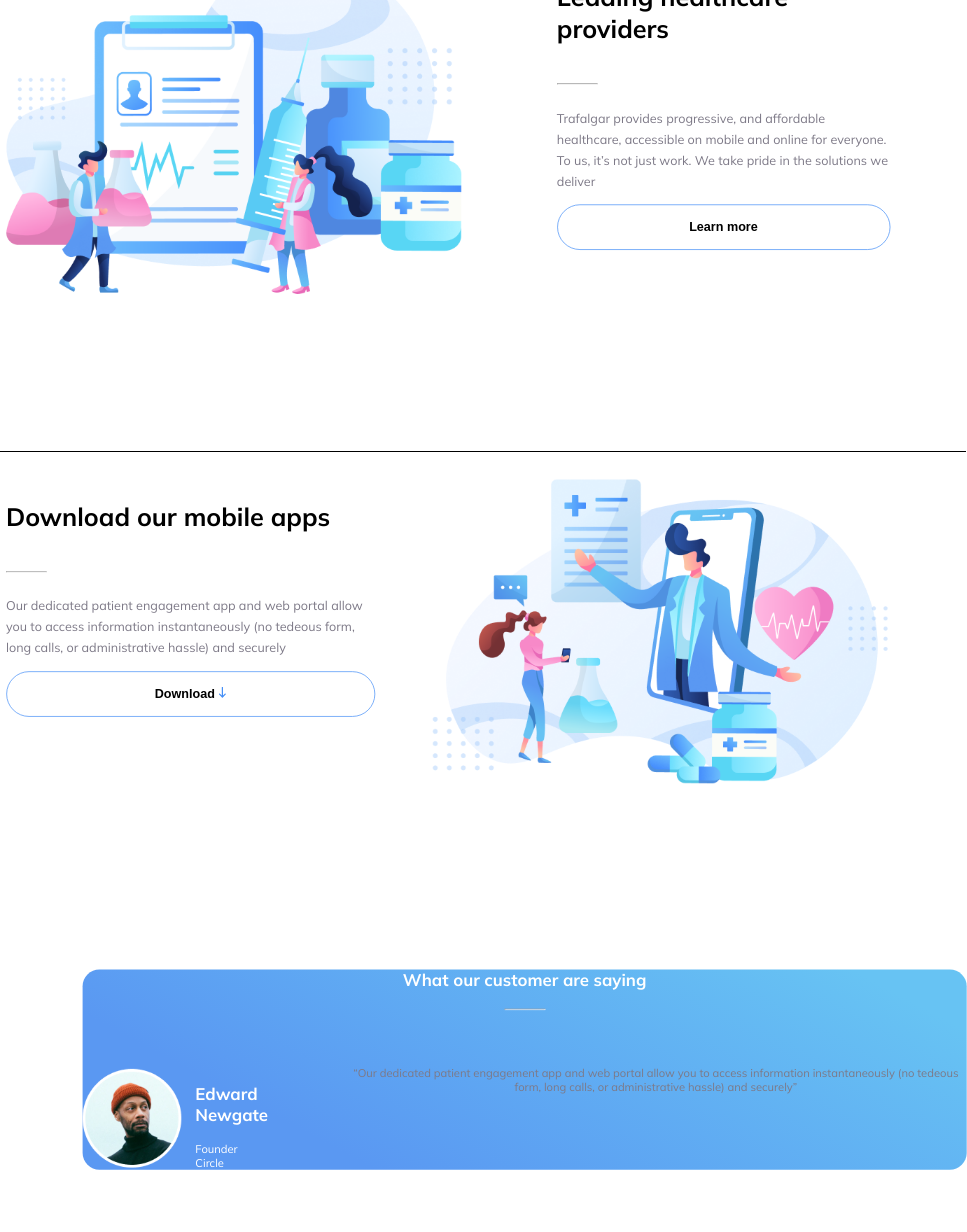
Repository: ivan-developer-01/trafalgar-layout
Page: index.html
These files come from the project's save history. The page is drawn as it stood at one moment and after the next save; the edit follows.
The browser window is 1280 px wide. The page is 1381 px wide, so the pictures cover 1381 px, including what lies to the right of the window. The pictures show the part of the page from y = 2260 to 4020 px (the page is 4020 px tall before and 4013 px after), at 70% of full size.

Above is the page before, as saved 2024-11-08 15:25:01.

After the next save:
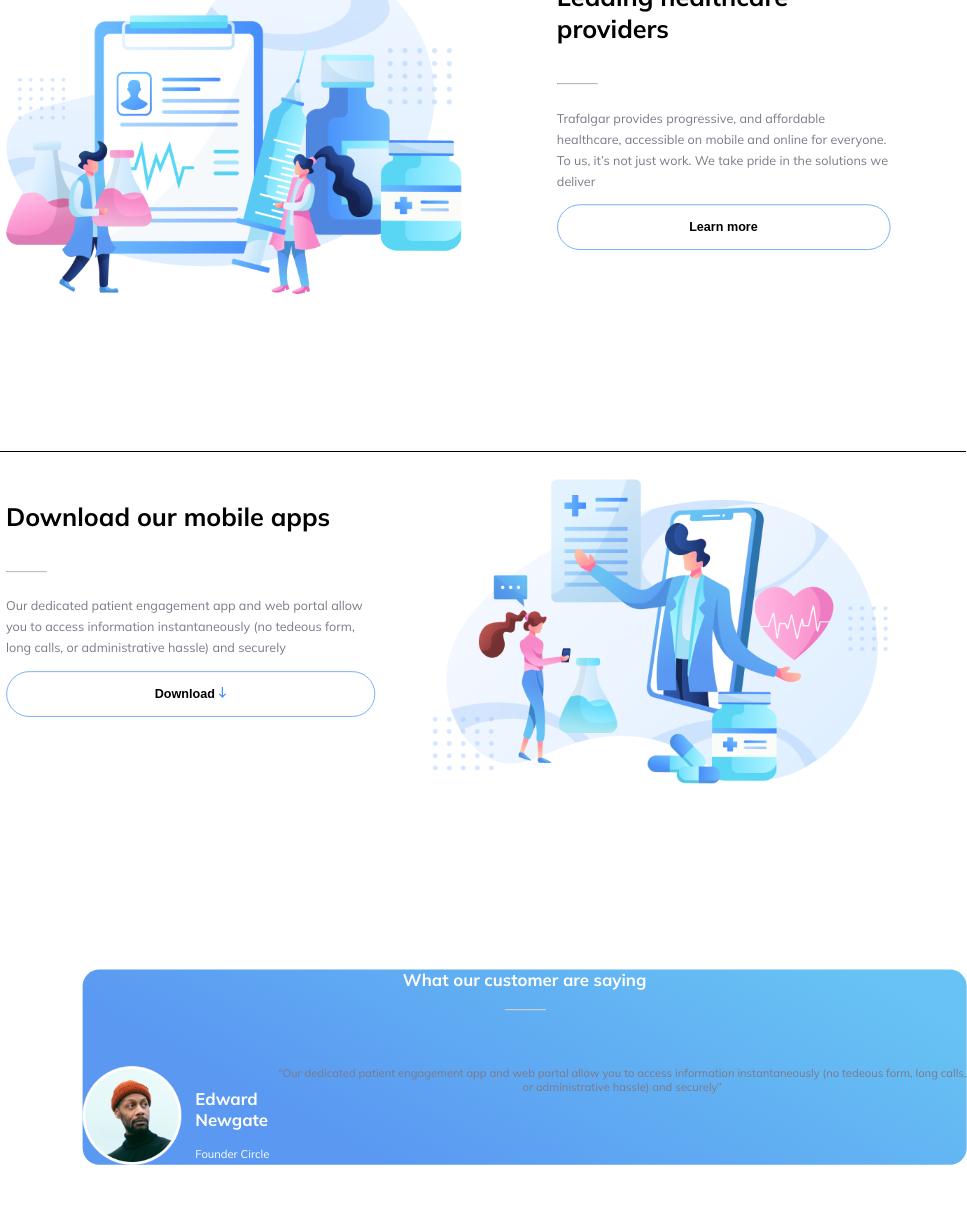
Saved 20 s later.
--- a/style.css
+++ b/style.css
@@ -243,7 +243,6 @@ p {
 .review-slider .review {
 	display: flex;
 	justify-content: center;
-	gap: 110px;
 	margin-top: 80px;
 }
 
